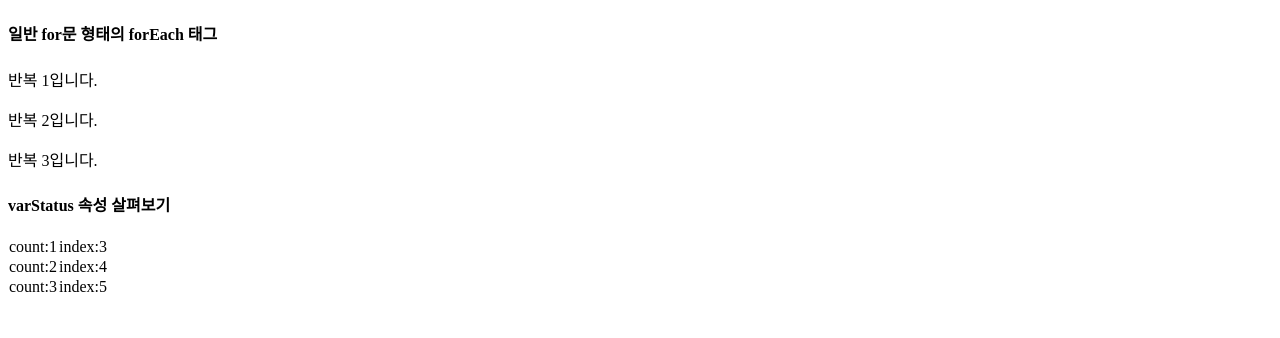
Repository: ahwaboin3/eclipse-workspace-jsp
Page: http://localhost/MustHaveJSP/JSTL/ForEachNormal.jsp
These files come from the project's save history. The page is drawn as it stood at one moment and after the next save; the edit follows.
The browser window is 1280 px wide. The pictures show the whole page.
The page is served by Tomcat 10. Other server files are loaded and not shown.

Above is the page before, as saved 2025-05-23 01:22:34.

### MustHaveJSP/src/main/webapp/JSTL/ForEachNormal.jsp
<%@ page language="java" contentType="text/html; charset=UTF-8"
    pageEncoding="UTF-8"%>
<%@ taglib prefix="c" uri="jakarta.tags.core" %>
<!DOCTYPE html>
<html>
<head>
<meta charset="UTF-8">
<title>Insert title here</title>
<style type="text/css">
table{
	border:1ps solid black;
	border-collapse:collapse;
}
</style>
</head>
<body>
<!-- ForEachNormal.jsp -->
<%/*
<c:froEach> 태그
반복을 위해 사용됩니다.

일반 for문 형태
<c:ForEach var="변수명" begin="시작값" end="마지막값" step="증가값" />

향상된 for문 형태(foreach문)
<c:forEach var="변수명" items="컬렉션 혹은 배열" />

<c:forEach> 태그 속성
varStatus - 루프의 현재 상태를 알려주는 변수의 이름을 지정합니다.
varStatus 속성을 통해 얻을 수 있는 정보
속성명 | 일반 for문 | 향상된 for문
current | var에 지정한 현재 루프의 변숫값 반환 | 현재 루프의 실제 요소를 반환
index | var에 지정한 현재 루프의 변숫값 반환 | 현재 루프의 인덱스를 표시(0-마지막)
count | 실제 반복 횟수(1-마지막) | 일반 for문과 동일함
first | 루프의 처음일 때 true반환 | 일반 for문과 동일함
last | 루프의 마지막일 때 true 반환 | 일반 for문과 동일함
*/%>
<h4>일반 for문 형태의 forEach 태그</h4>
<c:forEach begin="1" end="3" step="1" var="i">
	<p>반복 ${i}입니다.</p>
</c:forEach>
<h4>varStatus 속성 살펴보기</h4>
<table>
<c:forEach begin="3" end="5" var="i" varStatus="loop">
	<tr>
		<td>count:${loop.count }</td>
		<td>index:${loop.index }</td>
	</td>
</c:forEach>
</table>
</body>
</html>

After the next save:
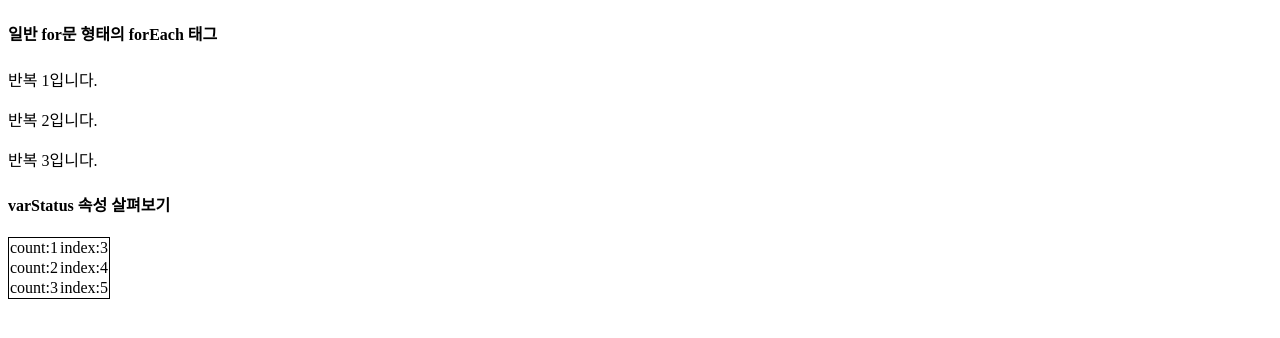
Saved 20 s later.
--- a/MustHaveJSP/src/main/webapp/JSTL/ForEachNormal.jsp
+++ b/MustHaveJSP/src/main/webapp/JSTL/ForEachNormal.jsp
@@ -8,7 +8,7 @@
 <title>Insert title here</title>
 <style type="text/css">
 table{
-	border:1ps solid black;
+	border:1px solid black;
 	border-collapse:collapse;
 }
 </style>

After the save that followed:
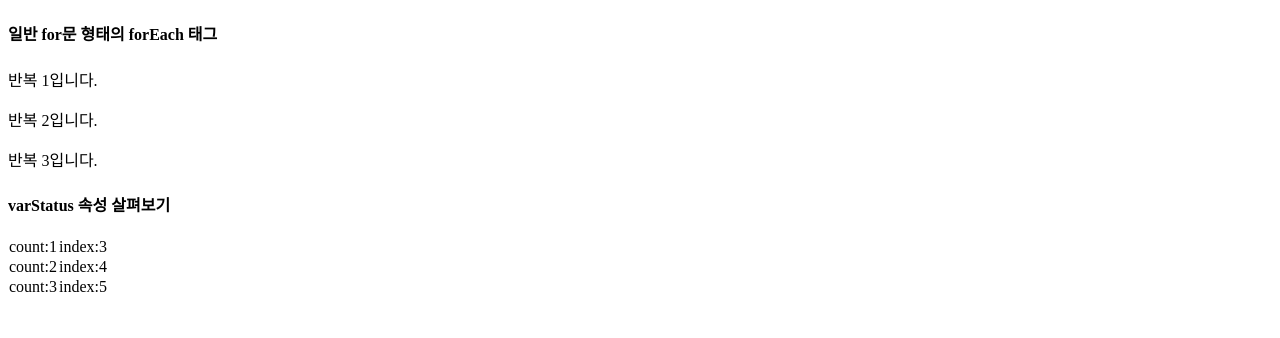
Saved 15 s later.
--- a/MustHaveJSP/src/main/webapp/JSTL/ForEachNormal.jsp
+++ b/MustHaveJSP/src/main/webapp/JSTL/ForEachNormal.jsp
@@ -8,7 +8,6 @@
 <title>Insert title here</title>
 <style type="text/css">
 table{
-	border:1px solid black;
 	border-collapse:collapse;
 }
 </style>
